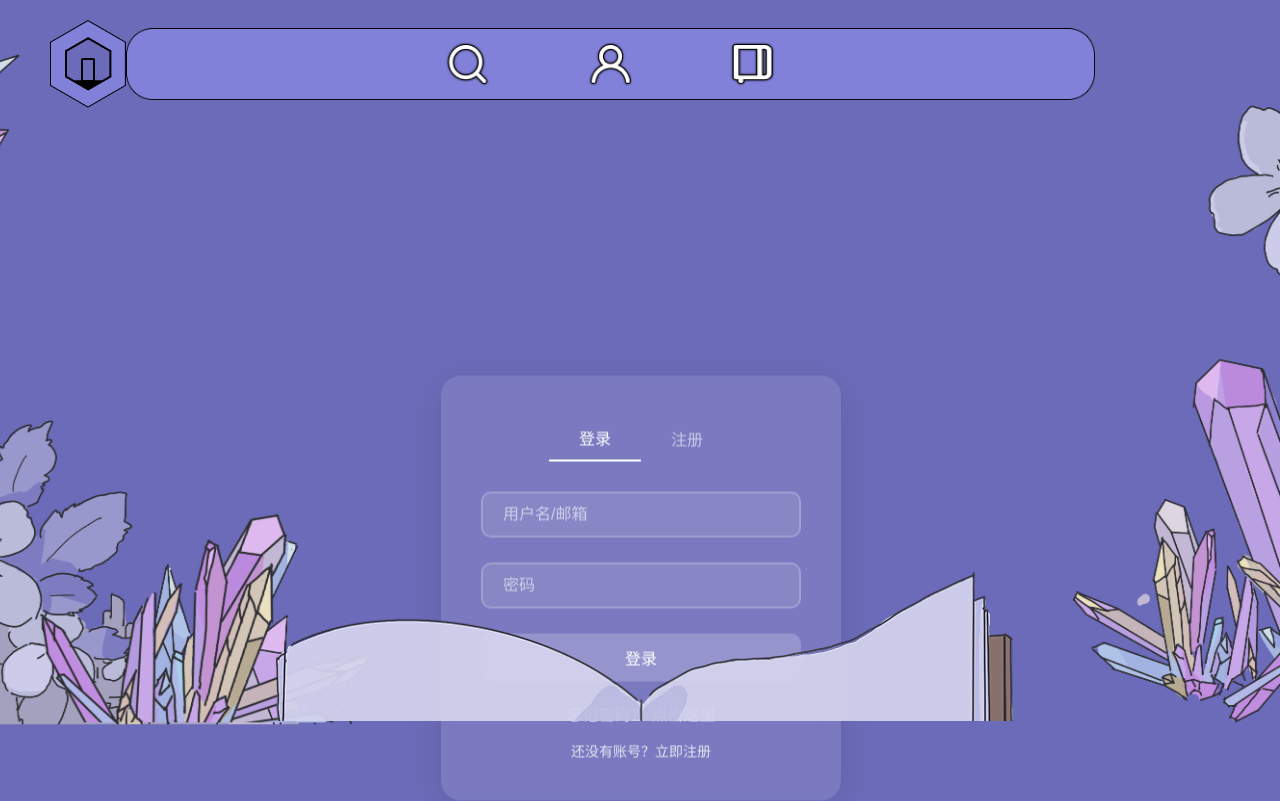
Repository: carolmmc/BabelLibrary
Page: find 登陆页.html
These files come from the project's save history. The page is drawn as it stood at one moment and after the next save; the edit follows.
The browser window is 1280 px wide. The pictures show the whole page.

Above is the page before, as saved 2025-05-10 01:21:38.

After the next save:
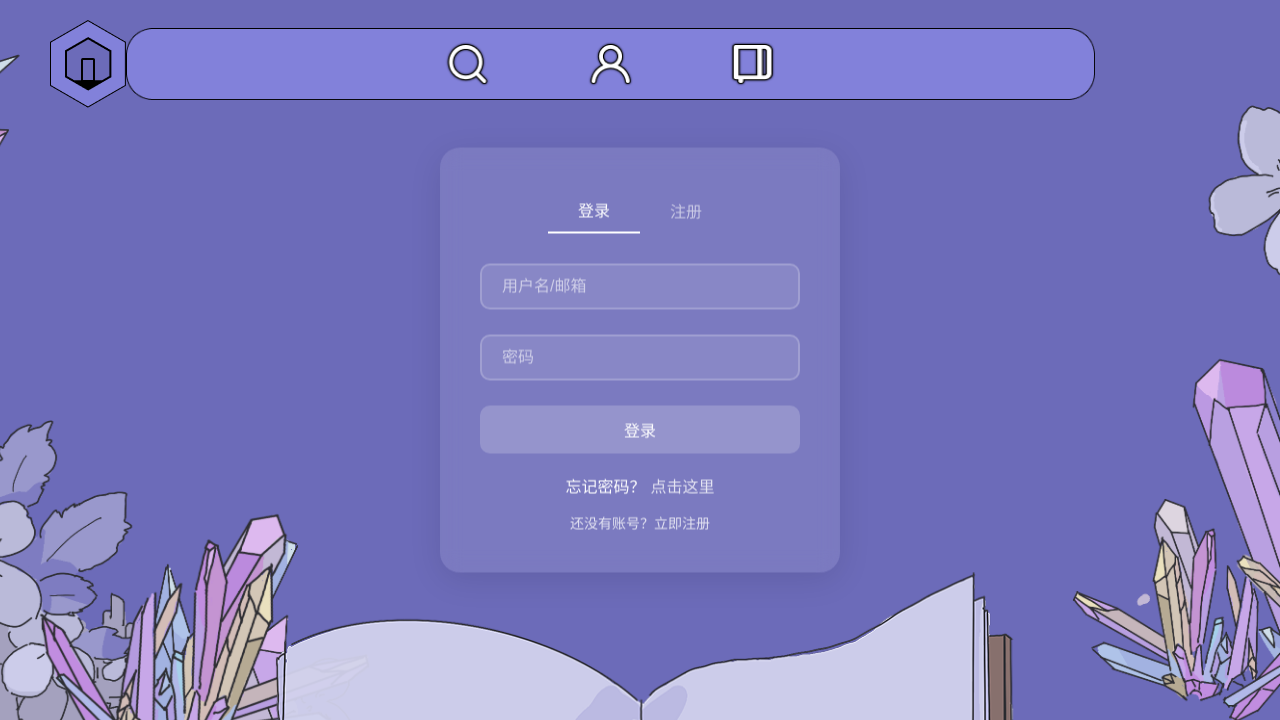
Saved 6 min 25 s later.
--- a/find 登陆页.html
+++ b/find 登陆页.html
@@ -102,7 +102,7 @@
 
         .content-center {
             position: absolute;
-            top: 40%; /* 调整整体位置偏上一些 */
+            top: 50%; /* 居中于视口 */
             left: 50%;
             transform: translate(-50%, -50%);
             text-align: center;
@@ -161,9 +161,6 @@
             top: 50%;
             left: 50%;
             transform: translate(-50%, -50%); /* 保持居中 */
-            /* 然后通过 margin 微调位置 */
-            margin-top: 300px; /* 向上移动 */
-            margin-left: 1px; /* 向右移动 */
             background: rgba(255, 255, 255, 0.1);
             backdrop-filter: blur(10px);
             padding: 40px;
